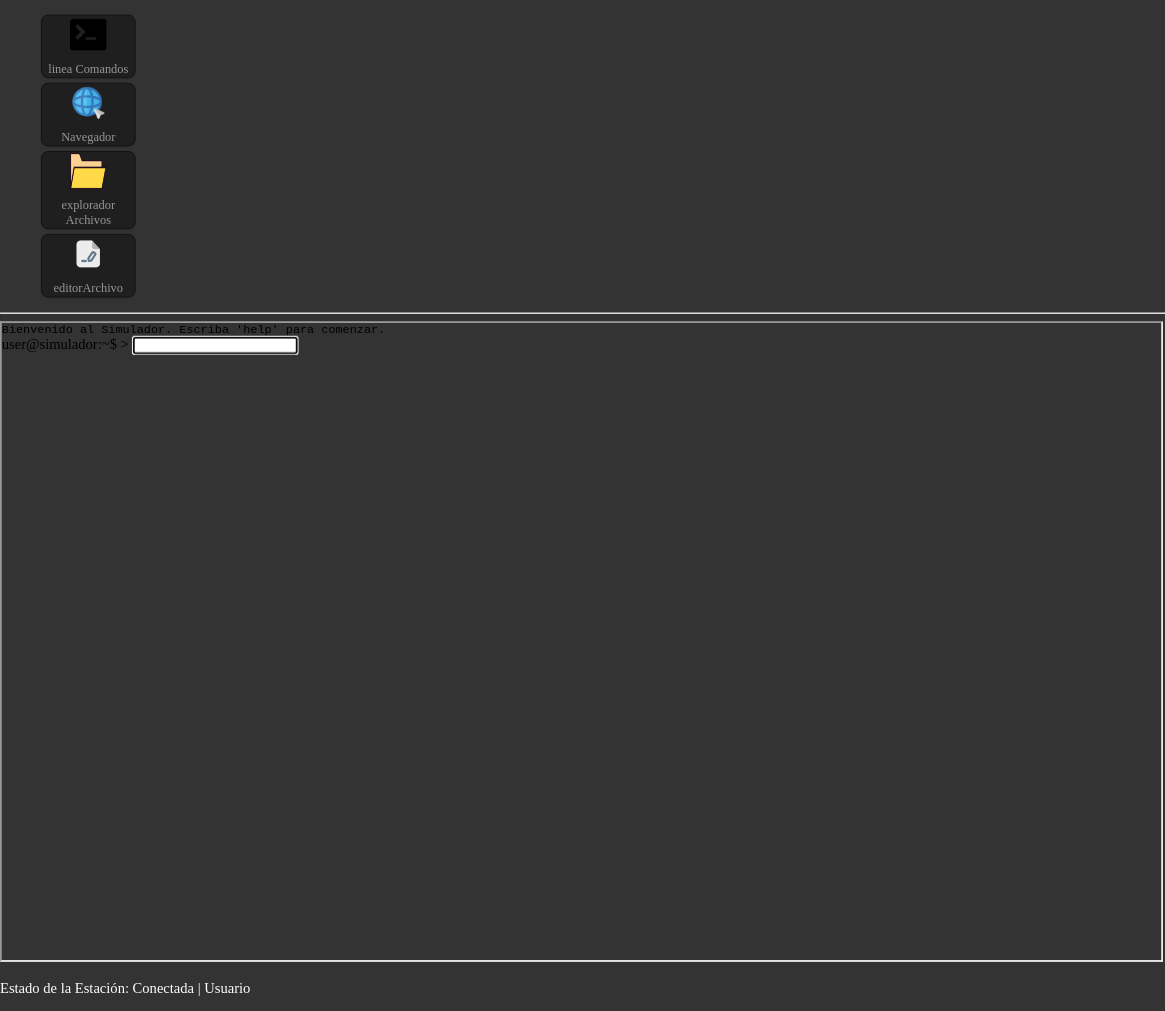
Repository: ValdezGalia/ProgramacionWebUcab
Page: lan-01.html
An editor plug-in stored every save of this project. The page is shown before and after a run of saves, followed by the edit.
The browser window is 1280 px wide. The pictures show the whole page, at 91% of full size.

Above is the page before, as saved 2025-11-13 16:44:05.

After the next 2 saves:
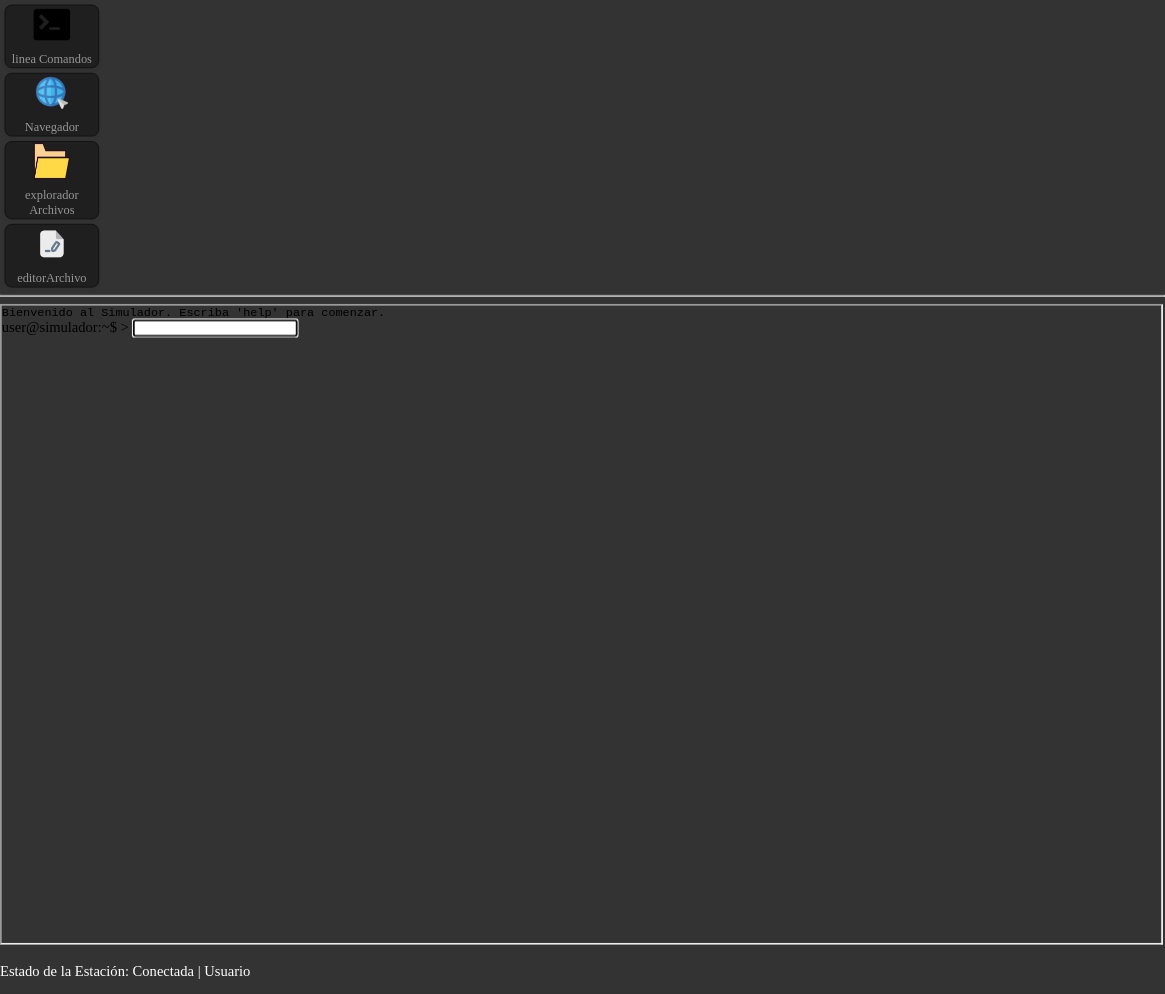
The 2 saves are shown as one change because they came seconds apart.
The last was saved 6 s later.
--- a/style/lan-01.css
+++ b/style/lan-01.css
@@ -6,7 +6,8 @@ html, body{
 }
 
 nav ul{
-    m
+    margin: 0;
+    padding: 0;
 }
 
 nav ul li{
